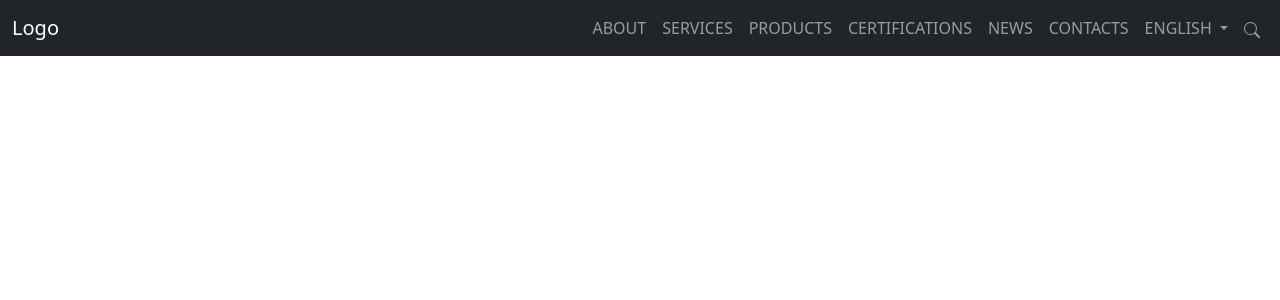
Repository: nourHellani/Buckler
Page: index.html
These files come from the project's save history. The page is drawn as it stood at one moment and after the next save; the edit follows.
The browser window is 1280 px wide. The pictures show the whole page.

Above is the page before, as saved 2023-02-13 11:12:56.

### index.html
<!DOCTYPE html>
<html lang="en">
<head>
    <meta charset="UTF-8">
    <meta http-equiv="X-UA-Compatible" content="IE=edge">
    <meta name="viewport" content="width=device-width, initial-scale=1.0">
    <link href="https://cdn.jsdelivr.net/npm/bootstrap@5.2.3/dist/css/bootstrap.min.css" rel="stylesheet">
    <script src="https://cdn.jsdelivr.net/npm/bootstrap@5.2.3/dist/js/bootstrap.bundle.min.js"></script>

    <title>Buckler</title>
</head>
<body>

    <nav class="navbar navbar-expand-sm navbar-dark bg-dark">
        <div class="container-fluid">
          <a class="navbar-brand" href="javascript:void(0)">Logo</a>
          <button class="navbar-toggler" type="button" data-bs-toggle="collapse" data-bs-target="#mynavbar">
            <span class="navbar-toggler-icon"></span>
          </button>

            <form class="d-flex">
                <div class="collapse navbar-collapse" id="mynavbar">
                    <ul class="navbar-nav me-auto">
                      <li class="nav-item">
                        <a class="nav-link" href="javascript:void(0)">ABOUT</a>
                      </li>
                      <li class="nav-item">
                        <a class="nav-link" href="javascript:void(0)">SERVICES</a>
                      </li>
                      <li class="nav-item">
                        <a class="nav-link" href="javascript:void(0)">PRODUCTS</a>
                      </li>
                      <li class="nav-item">
                        <a class="nav-link" href="javascript:void(0)">CERTIFICATIONS</a>
                      </li>
                      <li class="nav-item">
                        <a class="nav-link" href="javascript:void(0)">NEWS</a>
                      </li>
                      <li class="nav-item">
                        <a class="nav-link" href="javascript:void(0)">CONTACTS</a>
                      </li>
                      <li class="nav-item dropdown">
                        <a class="nav-link dropdown-toggle" href="#" id="navbarScrollingDropdown" role="button" data-bs-toggle="dropdown" aria-expanded="false">
                            ENGLISH
                        </a>

                        <ul class="dropdown-menu" aria-labelledby="navbarScrollingDropdown">
                          <li><a class="dropdown-item" href="#">ENGLISH</a></li>
                          <li><a class="dropdown-item" href="#">ARABIC</a></li>
                        </ul>
                      </li>
                      <li class="nav-item">
                        <a class="nav-link" href="javascript:void(0)"><svg xmlns="http://www.w3.org/2000/svg" width="16" height="16" fill="currentColor" class="bi bi-search" viewBox="0 0 16 16">
                            <path d="M11.742 10.344a6.5 6.5 0 1 0-1.397 1.398h-.001c.03.04.062.078.098.115l3.85 3.85a1 1 0 0 0 1.415-1.414l-3.85-3.85a1.007 1.007 0 0 0-.115-.1zM12 6.5a5.5 5.5 0 1 1-11 0 5.5 5.5 0 0 1 11 0z"/>
                          </svg></a>
                      </li>

                    </ul>
            </form>
          </div>
        </div>
      </nav>

</body>
</html>

After the next save:
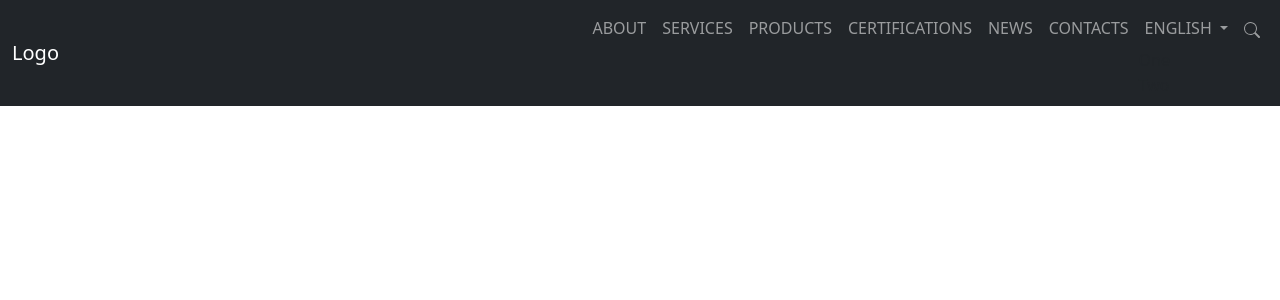
Saved 2 min 38 s later.
--- a/index.html
+++ b/index.html
@@ -43,7 +43,8 @@
                         <a class="nav-link dropdown-toggle" href="#" id="navbarScrollingDropdown" role="button" data-bs-toggle="dropdown" aria-expanded="false">
                             ENGLISH
                         </a>
-
+                        <option value="1">One</option>
+  <option value="2">Two</option>
                         <ul class="dropdown-menu" aria-labelledby="navbarScrollingDropdown">
                           <li><a class="dropdown-item" href="#">ENGLISH</a></li>
                           <li><a class="dropdown-item" href="#">ARABIC</a></li>
